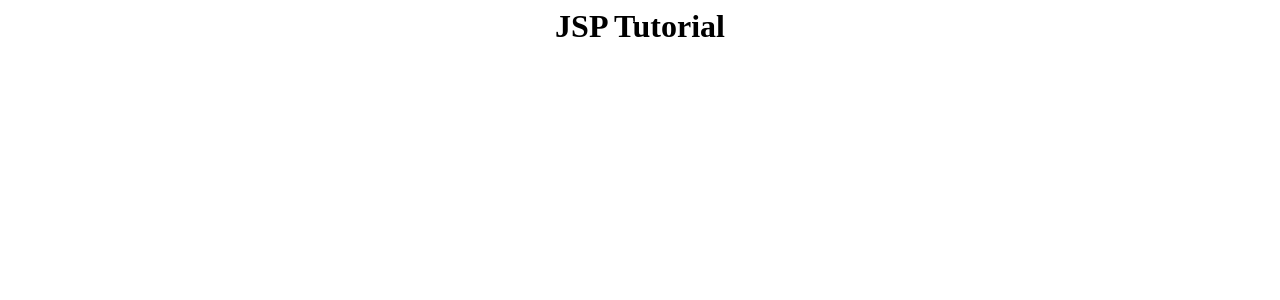
Repository: Aniket2311/Spring-Core-Spring-Boot-And-Hibernet
Page: http://localhost/jspdemo/homepage.jsp
The author's editor kept a copy of each file at every save. The page is drawn from the files as they stood at one save, then again after the next save.
The browser window is 1280 px wide. The pictures show the whole page.
The page is served by Tomcat 9. Other server files are loaded and not shown.

Above is the page before, as saved 2019-04-08 12:06:51.

### jspdemo/WebContent/homepage.jsp
<html>

<body>

<jsp:include page="my-header.html" />

</body>

</html>

Loaded but not shown: jspdemo/WebContent/my-header.html (common file)

After the next save:
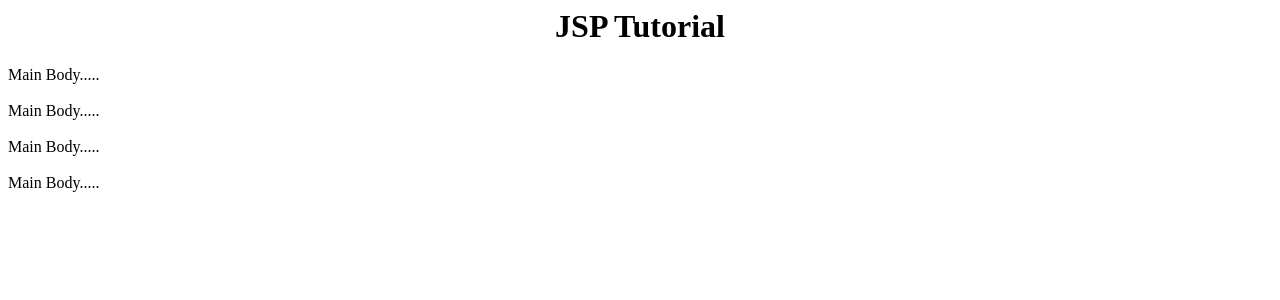
Saved 28 s later.
--- a/jspdemo/WebContent/homepage.jsp
+++ b/jspdemo/WebContent/homepage.jsp
@@ -4,6 +4,11 @@
 
 <jsp:include page="my-header.html" />
 
+Main Body..... <br/><br/>
+Main Body..... <br/><br/>
+Main Body..... <br/><br/>
+Main Body..... <br/><br/>
+
 </body>
 
 </html>
